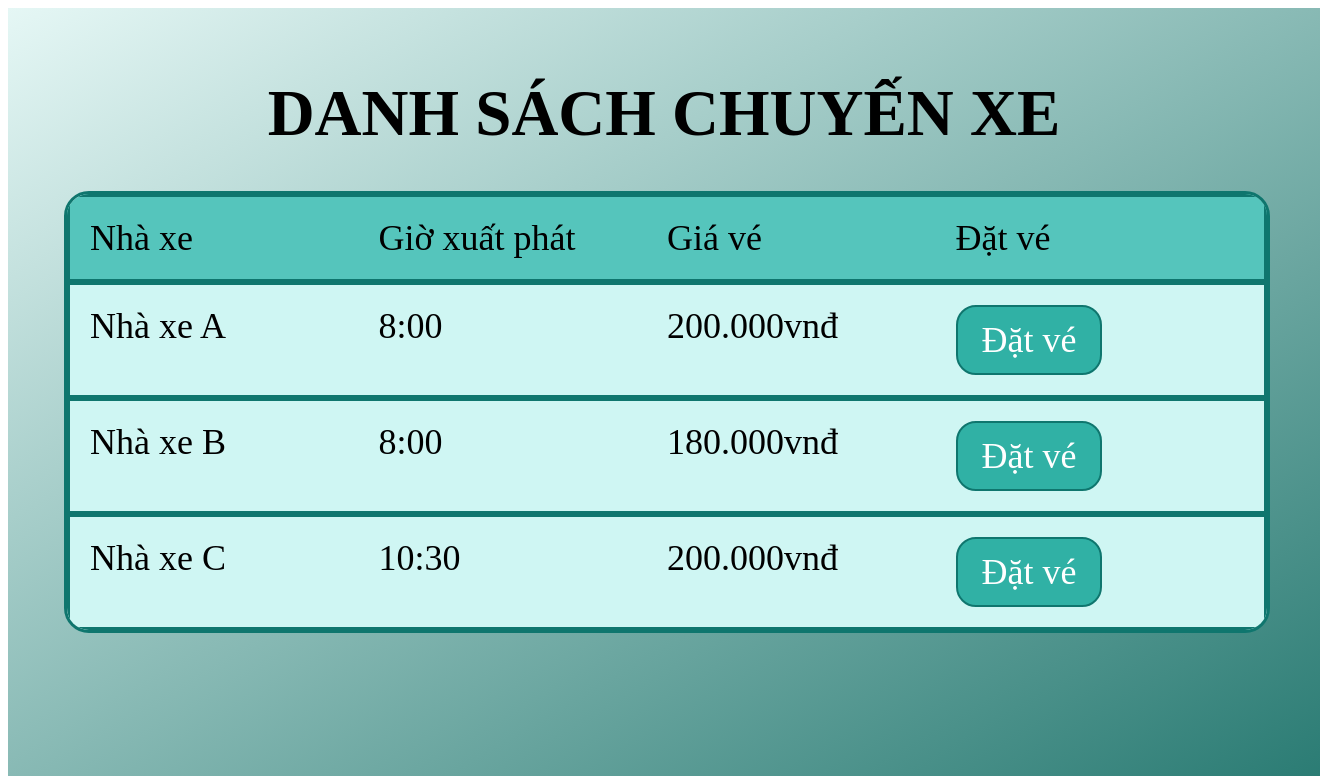
Repository: LearningSan/qlnxBE
Page: Loginservlet/src/main/webapp/Datvexe/danhsachcx.html
These files come from the project's save history. The page is drawn as it stood at one moment and after the next save; the edit follows.
The browser window is 1280 px wide. The page is 1320 px wide, so the pictures cover 1320 px, including what lies to the right of the window. The pictures show the whole page.
The page's requests for data from a server got no answer. Some web fonts or font styles are not loaded; a fallback is used.

Above is the page before, as saved 2025-05-14 15:05:54.

After the next save:
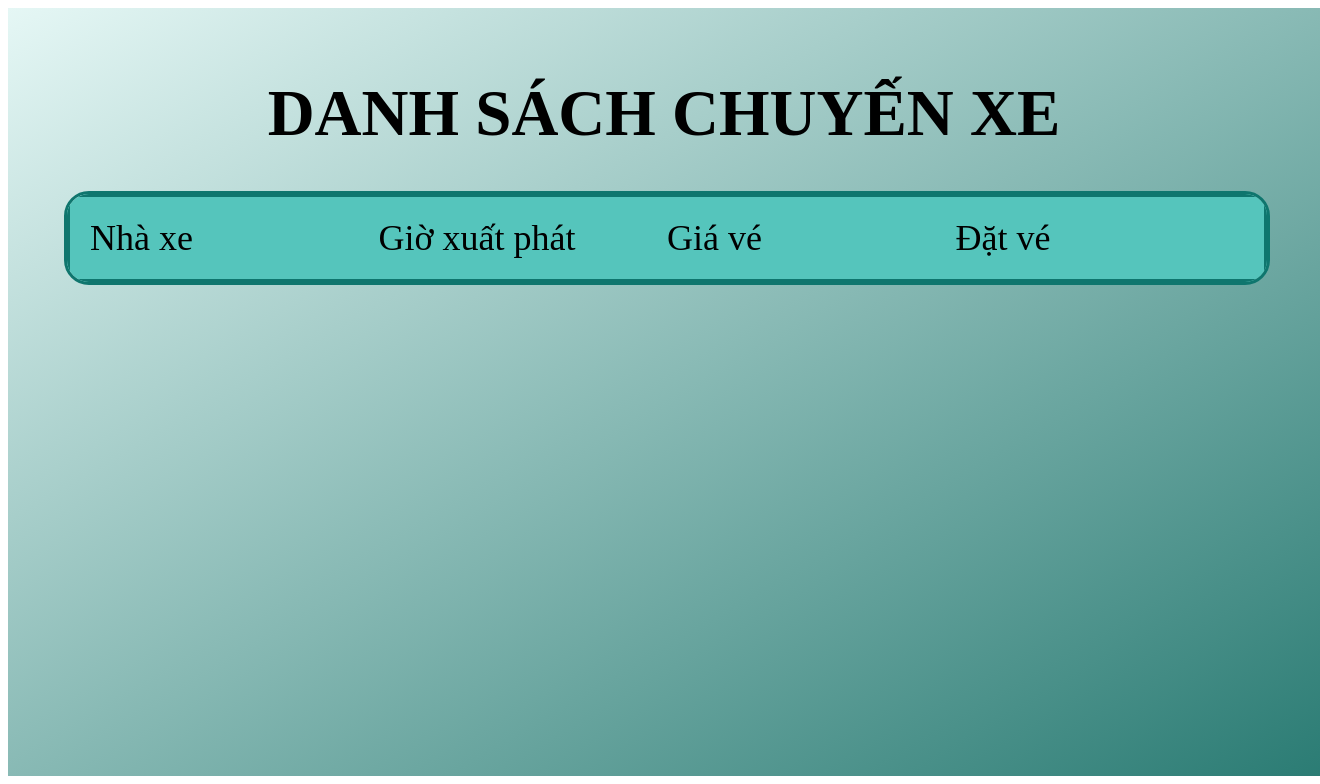
Saved 50 s later.
--- a/Loginservlet/src/main/webapp/Datvexe/danhsachcx.html
+++ b/Loginservlet/src/main/webapp/Datvexe/danhsachcx.html
@@ -1,51 +1,61 @@
 <!DOCTYPE html>
 <html lang="en">
 <head>
-    <meta charset="UTF-8">
-    <meta name="viewport" content="width=device-width, initial-scale=1.0">
-    <title>Document</title>
-    <link rel="stylesheet" href="danhsachcxstyle.css">
+  <meta charset="UTF-8" />
+  <meta name="viewport" content="width=device-width, initial-scale=1.0"/>
+  <title>Danh sách chuyến xe</title>
+  <link rel="stylesheet" href="danhsachcxstyle.css" />
+
 </head>
 <body>
-    <header class="schedule-container">
-  <div class="schedule-wrapper">
-    <h1 class="schedule-title">DANH SÁCH CHUYẾN XE</h1>
-    <div class="schedule-table">
-      <div class="table-header">
-        <div class="header-cell">Nhà xe</div>
-        <div class="header-cell">Giờ xuất phát</div>
-        <div class="header-cell">Giá vé</div>
-        <div class="header-cell">Đặt vé</div>
-      </div>
-      <div class="table-body">
-        <div class="table-row">
-          <div class="cell">Nhà xe A</div>
-          <div class="cell">8:00</div>
-          <div class="cell">200.000vnđ</div>
-          <div class="cell">
-            <button class="book-button" aria-label="Đặt vé cho Nhà xe A">Đặt vé</button>
-          </div>
+  <header class="schedule-container">
+    <div class="schedule-wrapper">
+      <h1 class="schedule-title">DANH SÁCH CHUYẾN XE</h1>
+      <div class="schedule-table">
+        <div class="table-header">
+          <div class="header-cell">Nhà xe</div>
+          <div class="header-cell">Giờ xuất phát</div>
+          <div class="header-cell">Giá vé</div>
+          <div class="header-cell">Đặt vé</div>
         </div>
-        <div class="table-row">
-          <div class="cell">Nhà xe B</div>
-          <div class="cell">8:00</div>
-          <div class="cell">180.000vnđ</div>
-          <div class="cell">
-            <button class="book-button" aria-label="Đặt vé cho Nhà xe B">Đặt vé</button>
-          </div>
-        </div>
-        <div class="table-row">
-          <div class="cell">Nhà xe C</div>
-          <div class="cell">10:30</div>
-          <div class="cell">200.000vnđ</div>
-          <div class="cell">
-            <button class="book-button" aria-label="Đặt vé">Đặt vé</button>
-          </div>
+        <div class="table-body" id="dynamic-rows">
+          <!-- Dynamic rows will be inserted here -->
         </div>
       </div>
     </div>
-  </div>
-</header>
+  </header>
 
+  <script>
+  document.addEventListener('DOMContentLoaded', () => {
+	  const params = new URLSearchParams(window.location.search);
+	  const origin = params.get("origin");
+	  const destination = params.get("destination");
+	  const date = params.get("date");
+
+	  fetch(`/Loginservlet/ListChuyenXe?origin=${encodeURIComponent(origin)}&destination=${encodeURIComponent(destination)}&date=${encodeURIComponent(date)}`)
+	    .then(response => response.json())
+	    .then(data => {
+	      const tableBody = document.querySelector('.table-body');
+	      tableBody.innerHTML = ""; // Clear old rows
+
+	      data.forEach(chuyen => {
+	        const row = document.createElement('div');
+	        row.classList.add('table-row');
+
+	        row.innerHTML = `
+	          <div class="cell">${chuyen.tenNhaXe}</div>
+	          <div class="cell">${new Date(chuyen.gioKhoiHanh).toLocaleTimeString([], { hour: '2-digit', minute: '2-digit' })}</div>
+	          <div class="cell">${chuyen.giaVe.toLocaleString('vi-VN')}vnđ</div>
+	          <div class="cell"><button class="book-button" aria-label="Đặt vé">Đặt vé</button></div>
+	        `;
+
+	        tableBody.appendChild(row);
+	      });
+	    })
+	    .catch(error => {
+	      console.error("Lỗi khi tải danh sách chuyến xe:", error);
+	    });
+	});
+  </script>
 </body>
 </html>
